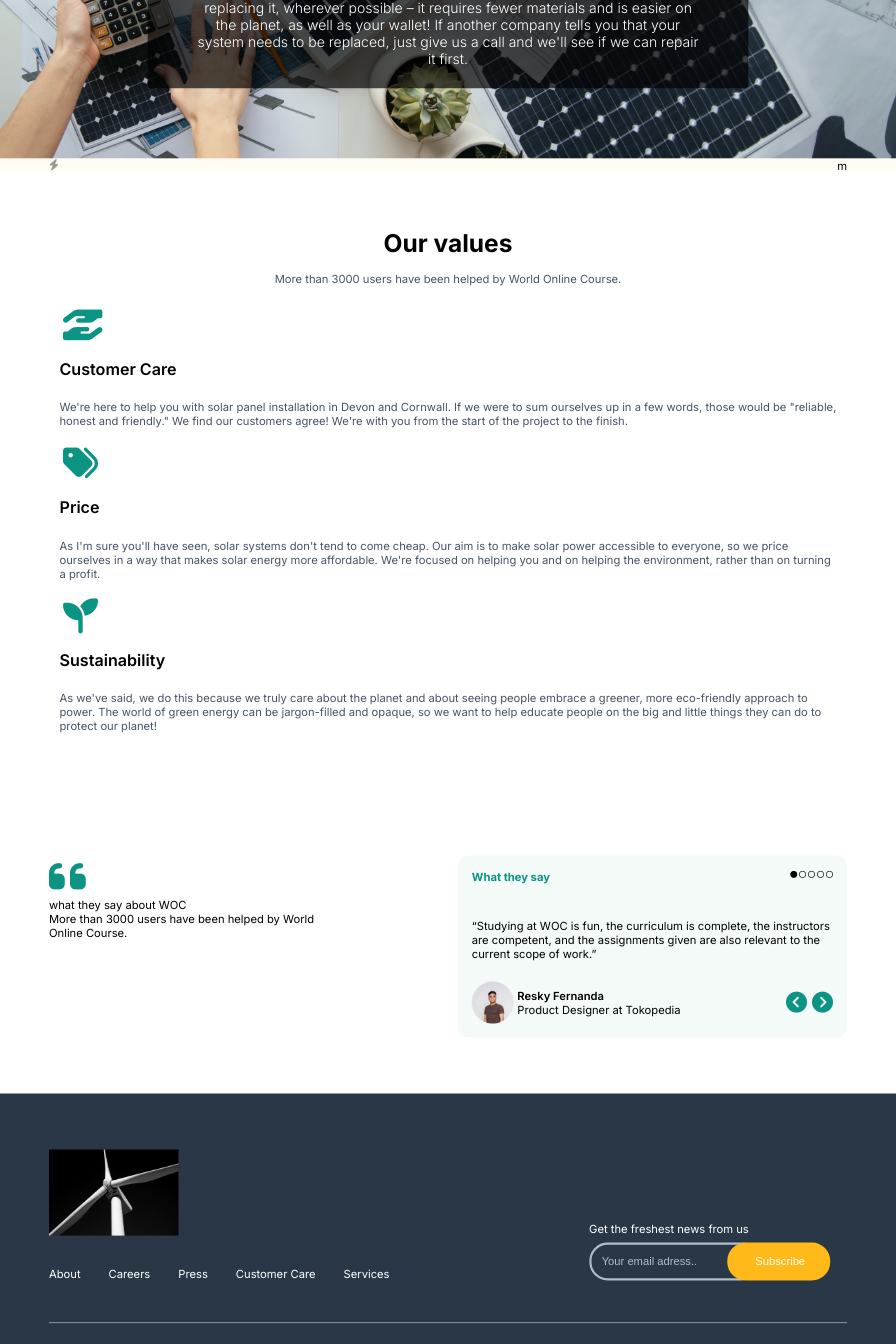
Repository: zeinawady/Solar-Company-Template
Page: index.html
An editor plug-in stored every save of this project. The page is shown before and after the next save, followed by the edit.
The browser window is 1280 px wide. The pictures show the part of the page from y = 2933 to 4853 px (the page is 4962 px tall before and 5002 px after), at 70% of full size.
Some web fonts or font styles are not loaded; a fallback is used.

Above is the page before, as saved 2024-09-21 14:55:53.

After the next save:
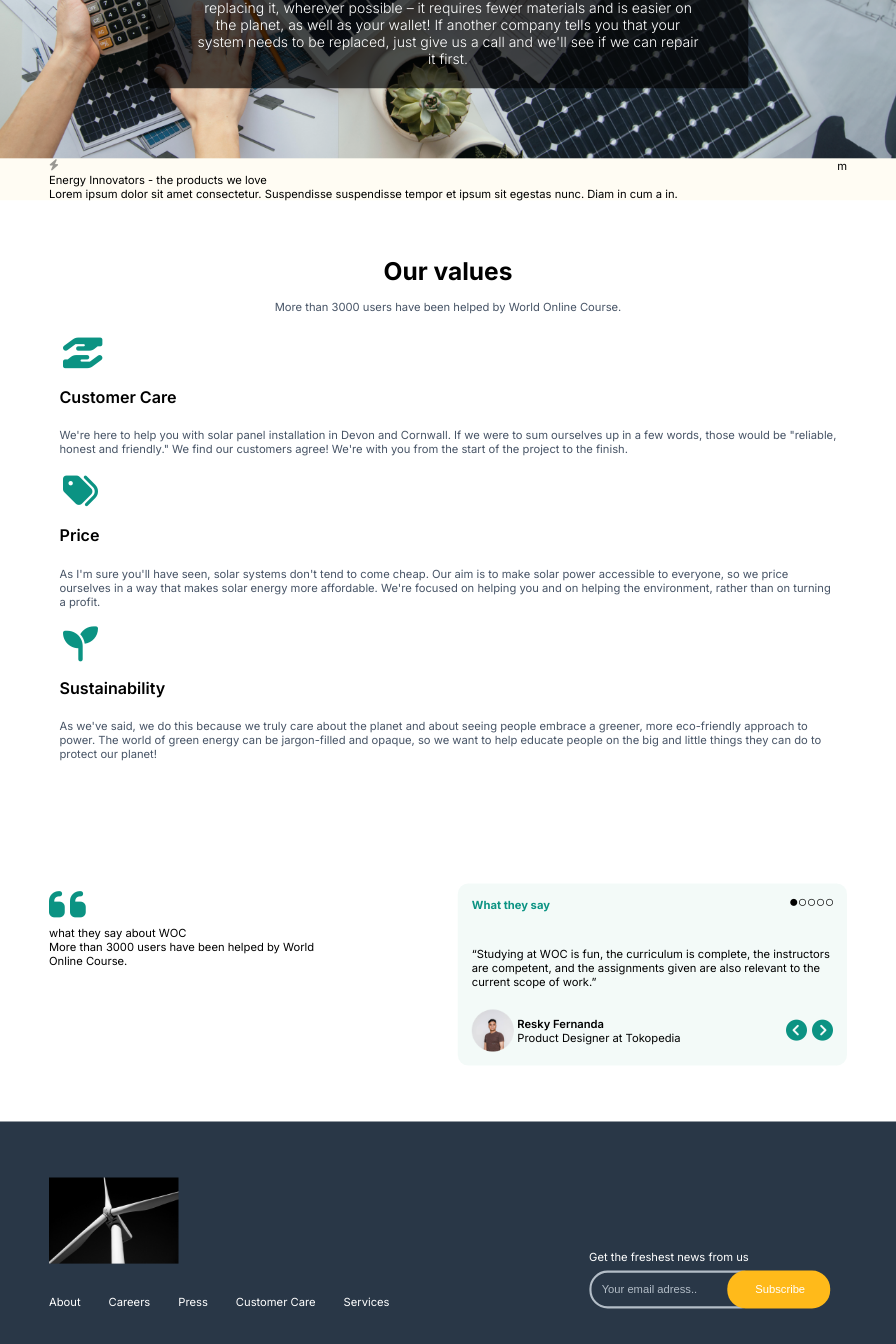
Saved 13 s later.
--- a/index.html
+++ b/index.html
@@ -191,6 +191,9 @@
                 <div class="icon">
                     <div class="icon-frame"><i class="fa-solid fa-bolt fa-beat-fade"></i></div>
                 </div>
+                <div class="energy-mainText">Energy Innovators - the products we love</div>
+                <div class="energy-subText">Lorem ipsum dolor sit amet consectetur. Suspendisse suspendisse tempor et
+                    ipsum sit egestas nunc. Diam in cum a in.</div>
 
             </div>
             <div class="energy-cards">m</div>
